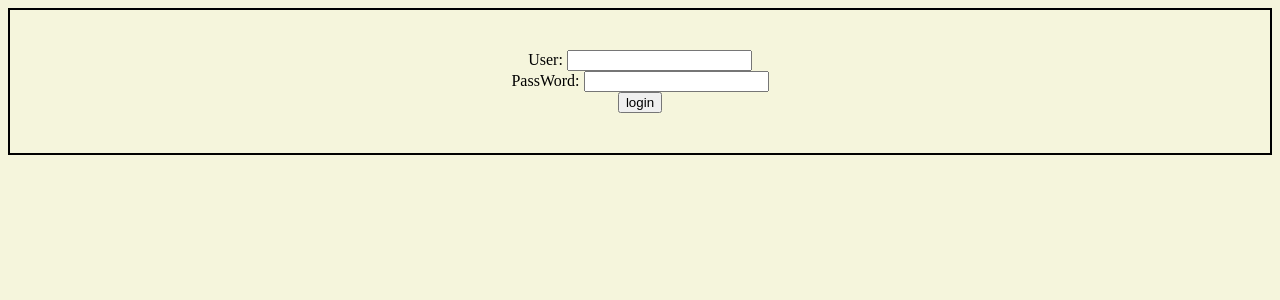
Repository: adityanathe2002/J2EE
Page: jdbc/Servlet_2/src/main/webapp/login.html
These files come from the project's save history. The page is drawn as it stood at one moment and after the next save; the edit follows.
The browser window is 1280 px wide. The pictures show the whole page.

Above is the page before, as saved 2024-08-27 05:12:38.

### jdbc/Servlet_2/src/main/webapp/login.html
<!DOCTYPE html>
<html>
<head>
<meta charset="UTF-8">
<title>Insert title here</title>
<style>
body {
	text-align:center;
	background-color:beige;
}
form{
border:2px solid black;
padding: 40px;
}

</style>
</head>
<body>
	<form action="login">
		User: <input type="text" name="un"><br>
		PassWord: <input type="text" name="pass"><br>
		<input type="submit" value="login">
	</form>
</body>
</html>

After the next save:
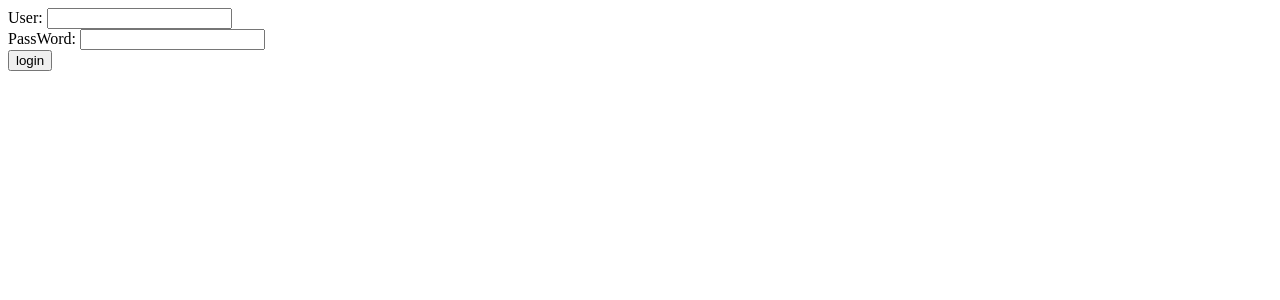
Saved 85 s later.
--- a/jdbc/Servlet_2/src/main/webapp/login.html
+++ b/jdbc/Servlet_2/src/main/webapp/login.html
@@ -3,20 +3,11 @@
 <head>
 <meta charset="UTF-8">
 <title>Insert title here</title>
-<style>
-body {
-	text-align:center;
-	background-color:beige;
-}
-form{
-border:2px solid black;
-padding: 40px;
-}
 
-</style>
+
 </head>
 <body>
-	<form action="login">
+	<form action="createSession">
 		User: <input type="text" name="un"><br>
 		PassWord: <input type="text" name="pass"><br>
 		<input type="submit" value="login">
